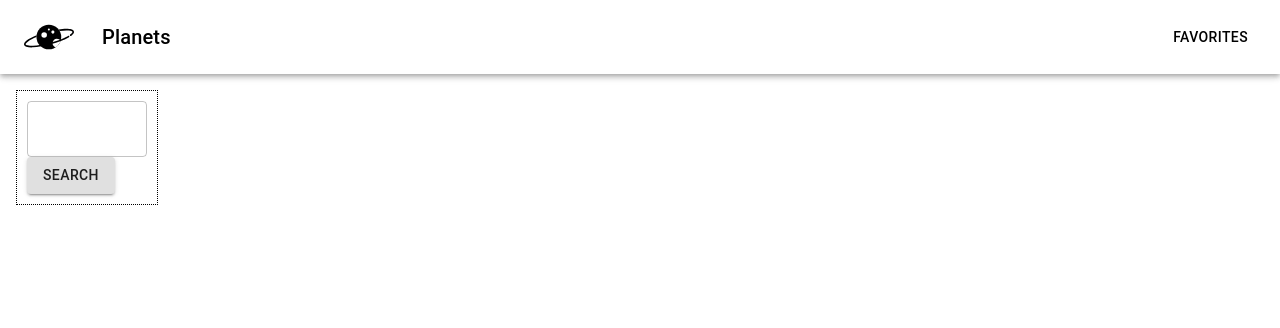
Repository: samridhie01/assignment
Page: /
The author's editor kept a copy of each file at every save. The page is drawn from the files as they stood at one save, then again after a run of saves.
The browser window is 1280 px wide. The pictures show the whole page.
The page's requests for data from a server got no answer. The project was rebuilt for these pictures with package versions that can differ from the ones it lists, and the page was loaded fresh each time. No one was signed in, and anything a server would have sent is missing.

Above is the page before, as saved 2020-08-19 20:17:17.

After the next 2 saves:
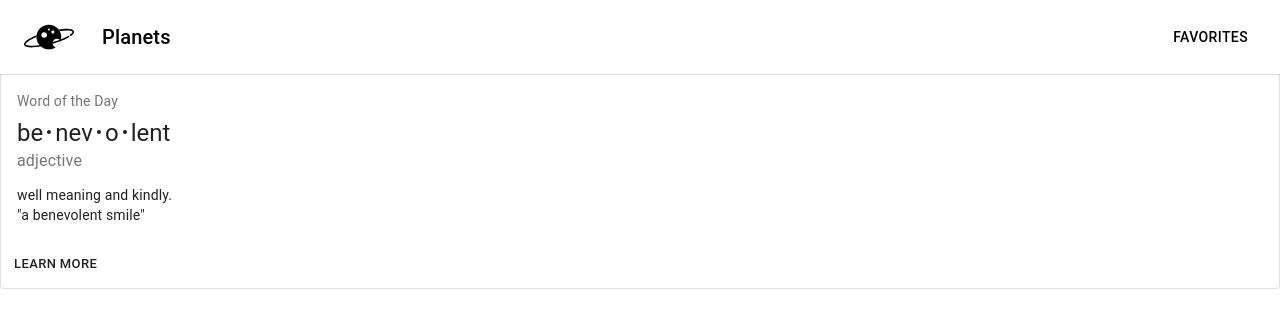
The 2 saves are shown as one change because 1 did not build or start.
The last was saved 3 min 39 s later.
--- a/src/components/planets/Planets.tsx
+++ b/src/components/planets/Planets.tsx
@@ -1,26 +1,53 @@
-import React from "react";
-import { Button, Box, TextField, Theme, makeStyles, createStyles } from "@material-ui/core";
+import React from 'react';
+import { makeStyles } from '@material-ui/core/styles';
+import Card from '@material-ui/core/Card';
+import CardActions from '@material-ui/core/CardActions';
+import CardContent from '@material-ui/core/CardContent';
+import Button from '@material-ui/core/Button';
+import Typography from '@material-ui/core/Typography';
 
-const useStyles = makeStyles((theme: Theme) =>
-  createStyles({
-    dotted: {
-         borderStyle: 'dotted',
-         padding: '10px'
-    }
-  }),
-);
+const useStyles = makeStyles({
+  root: {
+    minWidth: 275,
+  },
+  bullet: {
+    display: 'inline-block',
+    margin: '0 2px',
+    transform: 'scale(0.8)',
+  },
+  title: {
+    fontSize: 14,
+  },
+  pos: {
+    marginBottom: 12,
+  },
+});
 
-const Planets = () => {
-    const classes= useStyles();
+export default function Planets() {
+  const classes = useStyles();
+  const bull = <span className={classes.bullet}>•</span>;
+
   return (
-    <>
-
-    <Box height="250%" border={1} m={2} width={120} display="inline-block" className={classes.dotted}>
-     <TextField variant="outlined"/>
-     <Button variant="contained">Search</Button>
-      </Box>
-    </>
+    <Card className={classes.root} variant="outlined">
+      <CardContent>
+        <Typography className={classes.title} color="textSecondary" gutterBottom>
+          Word of the Day
+        </Typography>
+        <Typography variant="h5" component="h2">
+          be{bull}nev{bull}o{bull}lent
+        </Typography>
+        <Typography className={classes.pos} color="textSecondary">
+          adjective
+        </Typography>
+        <Typography variant="body2" component="p">
+          well meaning and kindly.
+          <br />
+          {'"a benevolent smile"'}
+        </Typography>
+      </CardContent>
+      <CardActions>
+        <Button size="small">Learn More</Button>
+      </CardActions>
+    </Card>
   );
-};
-
-export default Planets;
+}
